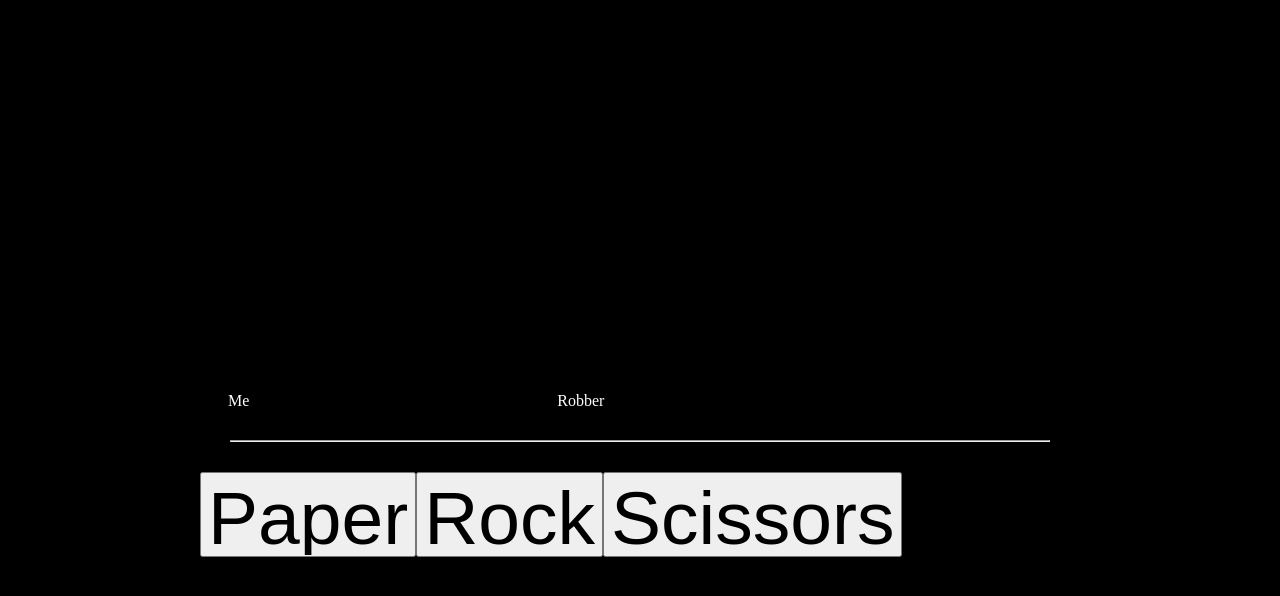
Repository: simj959/simj959.github.io
Page: final_website/page3.html
The author's editor kept a record of every edit. The page is drawn from the files as they stood at one moment, then again after the next edit.
The browser window is 1280 px wide. The pictures show the whole page.

Above is the page before.

### final_website/page3.html
<HTML>
<HEAD><TITLE></TITLE><body bgcolor="white" text="white" link="blue" vlink="purple" alink="red" leftmargin="200" marginwidth="200" style="background-color:black; background-repeat:no-repeat; background-attachment:scroll; background-position:0 0;">
<p align="left">&nbsp;</p>
<META http-equiv=Content-Type content="text/html; charset=UTF-8">
<STYLE type=text/CSS>
.s{font-size:60px}
.b{font-size:75px;background-color:##FF4000;height:85px}
</STYLE>
<SCRIPT type="text/javascript">
var p=['Rock','Scissors','Paper',['win','&#10004;'],['lose','&#9760;']]

function g(n){ document.getElementById('g').innerHTML=p[n]; var cp=[0,1,2]
    cp.sort(function(a,b){return Math.random()-0.5});
    r=Math.floor(3*(Math.random()));
    document.getElementById('i').innerHTML=p[cp[r]];r=cp[r];
    if(r===n){w(1); return}
    else if((r===0 && n===1) || (r===1 && n==2) || (r==2 && n===0)){w(2)}
    else{w(0)}

}
function w(w){
pf=document.getElementById('gam'); pftr=pf.getElementsByTagName('tr');pftd=pf.getElementsByTagName('td');
    for(b=0;b<3;b++){pftd[b].innerHTML='&nbsp;'} w===1?pftd[w].innerHTML='tie':pftd[w].innerHTML='win'
}
</SCRIPT>
<META content="MSHTML 6.00.2900.2963" name=GENERATOR></HEAD>
<BODY scroll="auto">
<OBJECT ID="VoiceObj" CLASSID="clsid:96749377-3391-11D2-9EE3-00C04F797396" ></OBJECT>
<TABLE BORDER=0 style="height:200px;width:500px;text-align:center;font-size:50px" id="gam">
 <TR>
  <TD width="33%">  </TD><TD rowspan=2 id="ww">  </TD><TD width="33%" >  </TD>
 </TR>
 <TR>
  <TD id="g">  </TD><TD id="i">  </TD>
 </TR>
</TABLE>
<TABLE BORDER=0 style="border-collapse:collapse" cellpadding=0 >
<TR>

   &nbsp;&nbsp;&nbsp;&nbsp;&nbsp;&nbsp;&nbsp;Me
   &nbsp;&nbsp;&nbsp;&nbsp;&nbsp;&nbsp;&nbsp;
   &nbsp;&nbsp;&nbsp;&nbsp;&nbsp;&nbsp;&nbsp;
   &nbsp;&nbsp;&nbsp;&nbsp;&nbsp;&nbsp;&nbsp;
   &nbsp;&nbsp;&nbsp;&nbsp;&nbsp;&nbsp;&nbsp;
   &nbsp;&nbsp;&nbsp;&nbsp;&nbsp;&nbsp;&nbsp;
   &nbsp;&nbsp;&nbsp;&nbsp;&nbsp;&nbsp;&nbsp;
   &nbsp;&nbsp;&nbsp;&nbsp;&nbsp;&nbsp;&nbsp;
   &nbsp;&nbsp;&nbsp;&nbsp;&nbsp;&nbsp;&nbsp;
   &nbsp;&nbsp;&nbsp;&nbsp;&nbsp;&nbsp;&nbsp;
   &nbsp;&nbsp;&nbsp;&nbsp;Robber


    </TR>
 <TR>
 </Table>
<hr style="margin:30px">
<TABLE BORDER=0 style="border-collapse:collapse" cellpadding=0 >

   <TD><input type="button" class="b" value="Paper" onclick="g(2)"></TD>
  <TD><input type="button" class="b" value="Rock" onclick="g(0)"></TD>
  <TD><input type="button" class="b" value="Scissors" onclick="g(1)"></TD>

 </TR>
</TABLE>



</BODY></HTML>

After the next edit:
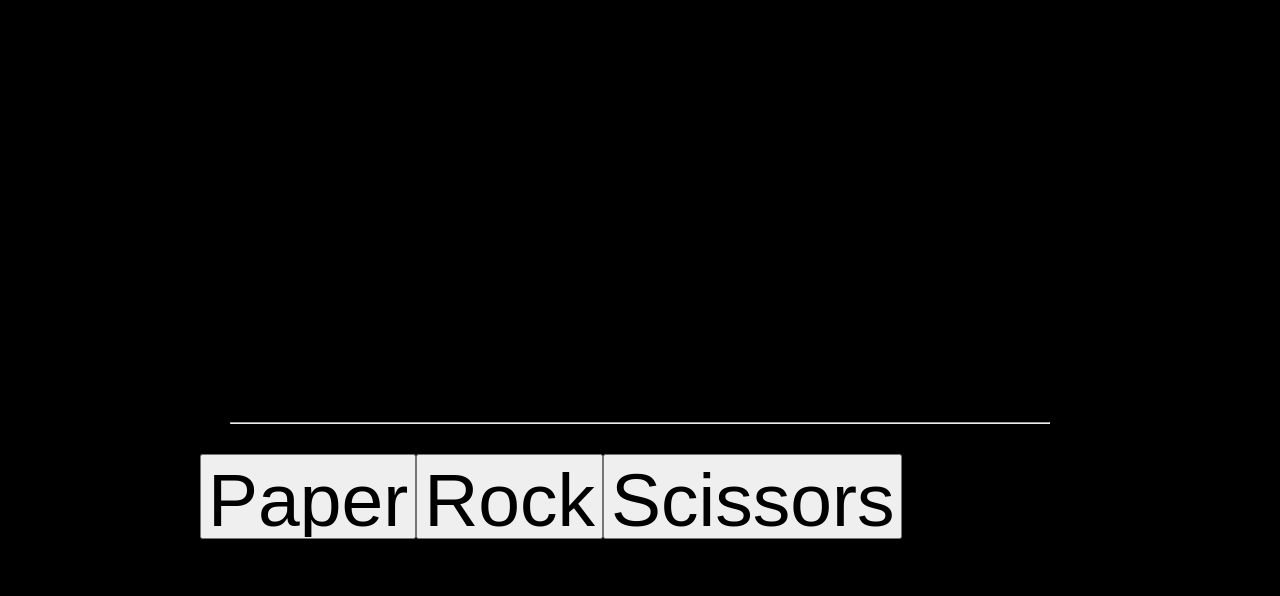
The edit:
--- a/final_website/page3.html
+++ b/final_website/page3.html
@@ -37,17 +37,6 @@
 <TABLE BORDER=0 style="border-collapse:collapse" cellpadding=0 >
 <TR>
 
-   &nbsp;&nbsp;&nbsp;&nbsp;&nbsp;&nbsp;&nbsp;Me
-   &nbsp;&nbsp;&nbsp;&nbsp;&nbsp;&nbsp;&nbsp;
-   &nbsp;&nbsp;&nbsp;&nbsp;&nbsp;&nbsp;&nbsp;
-   &nbsp;&nbsp;&nbsp;&nbsp;&nbsp;&nbsp;&nbsp;
-   &nbsp;&nbsp;&nbsp;&nbsp;&nbsp;&nbsp;&nbsp;
-   &nbsp;&nbsp;&nbsp;&nbsp;&nbsp;&nbsp;&nbsp;
-   &nbsp;&nbsp;&nbsp;&nbsp;&nbsp;&nbsp;&nbsp;
-   &nbsp;&nbsp;&nbsp;&nbsp;&nbsp;&nbsp;&nbsp;
-   &nbsp;&nbsp;&nbsp;&nbsp;&nbsp;&nbsp;&nbsp;
-   &nbsp;&nbsp;&nbsp;&nbsp;&nbsp;&nbsp;&nbsp;
-   &nbsp;&nbsp;&nbsp;&nbsp;Robber
 
 
     </TR>
